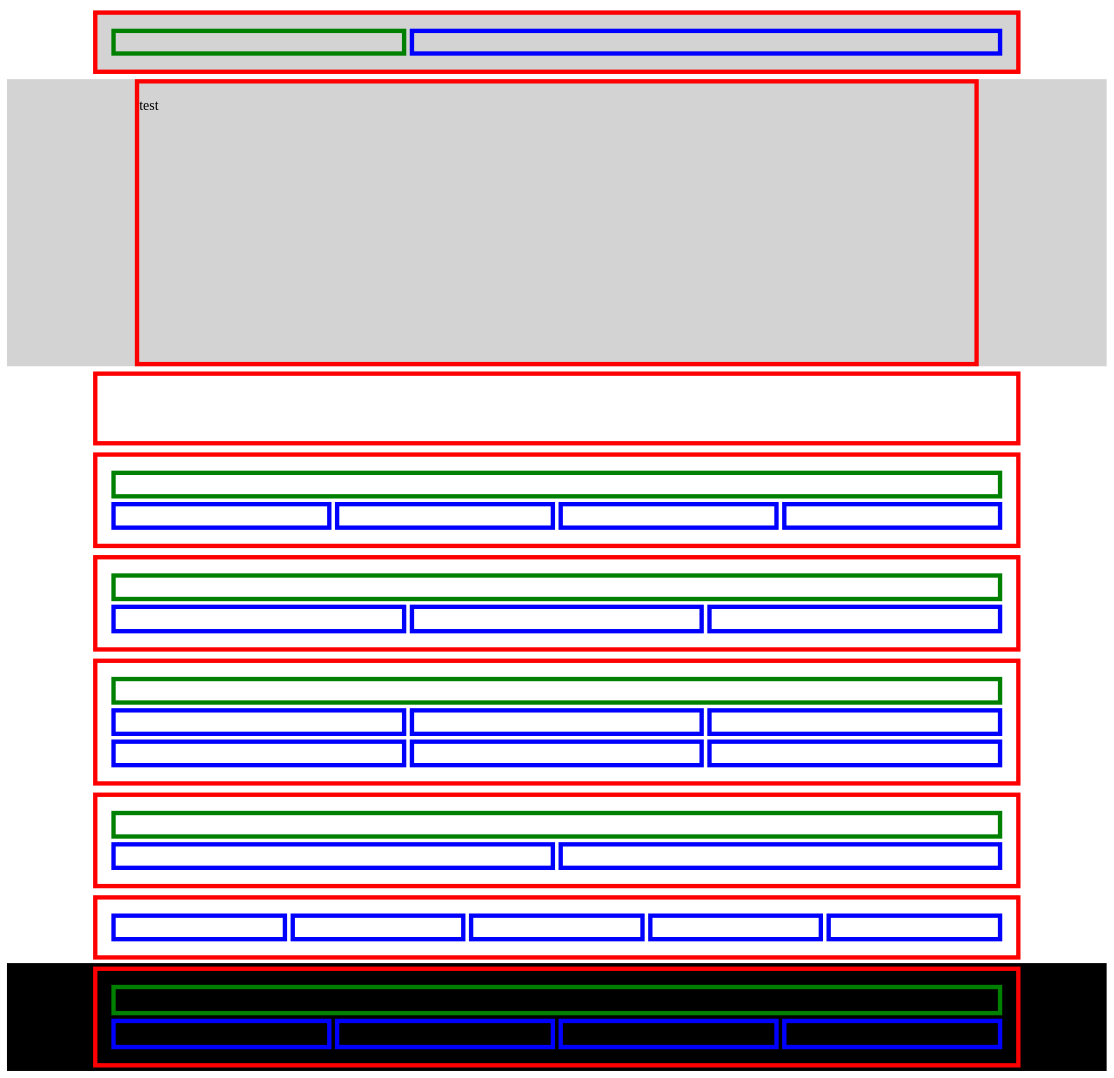
Repository: anderscederberg11/LAB2BG
Page: index.html
An editor plug-in stored every save of this project. The page is shown before and after the next save, followed by the edit.
The browser window is 1280 px wide. The pictures show the whole page, at 87% of full size.

Above is the page before, as saved 2024-01-30 22:58:19.

After the next save:
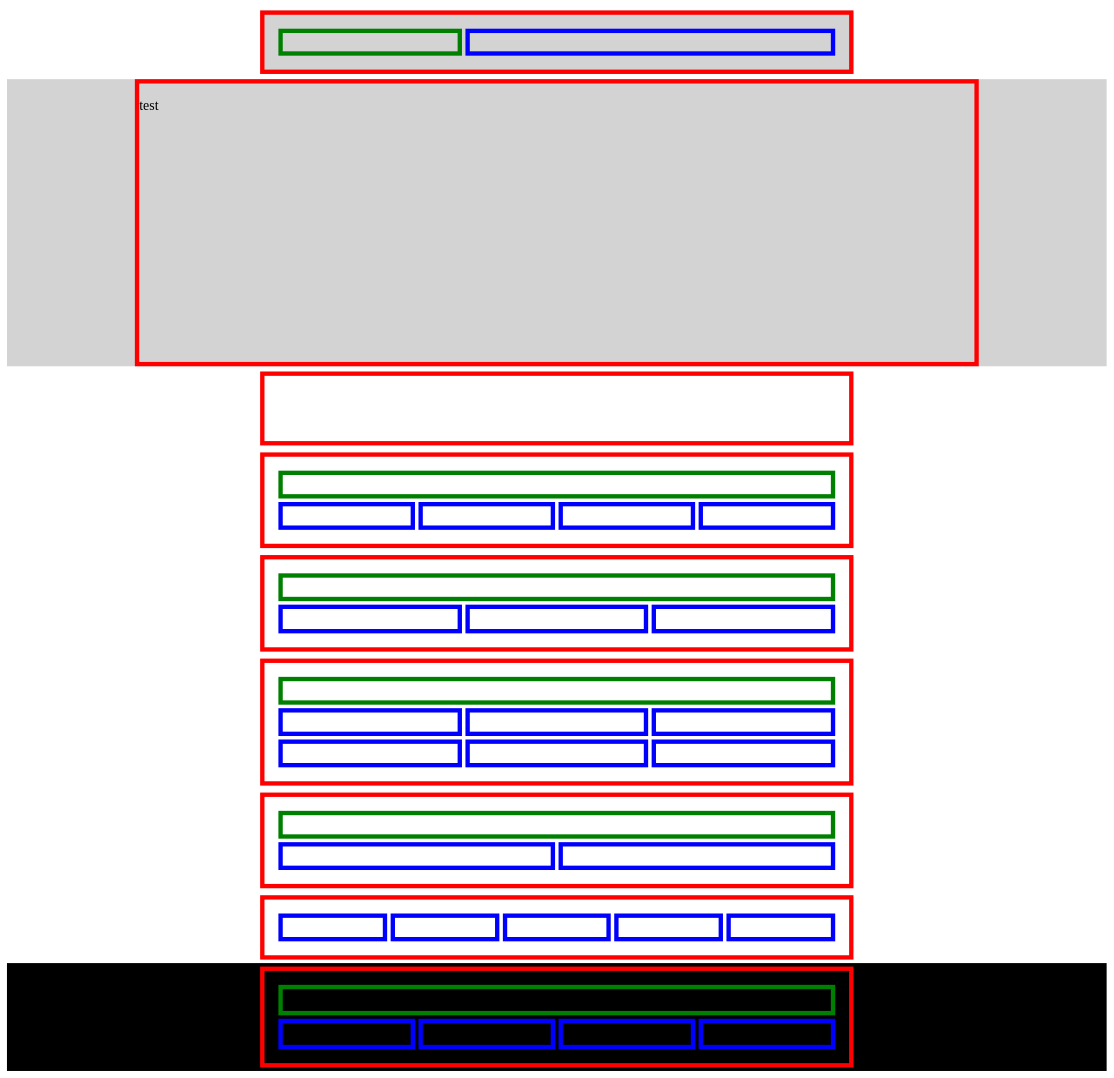
Saved 6 s later.
--- a/css/style.css
+++ b/css/style.css
@@ -44,7 +44,7 @@
 
 .headerContainer, .sectionTwo, .sectionThree, .sectionFour, .sectionFive, .sectionSix, .sectionSeven, .sectionFooter{
   display:grid;
-  width:80vw;
+  width:50vw;
   grid-gap:0.25em;
   padding:1em;
   margin:0.25em;
